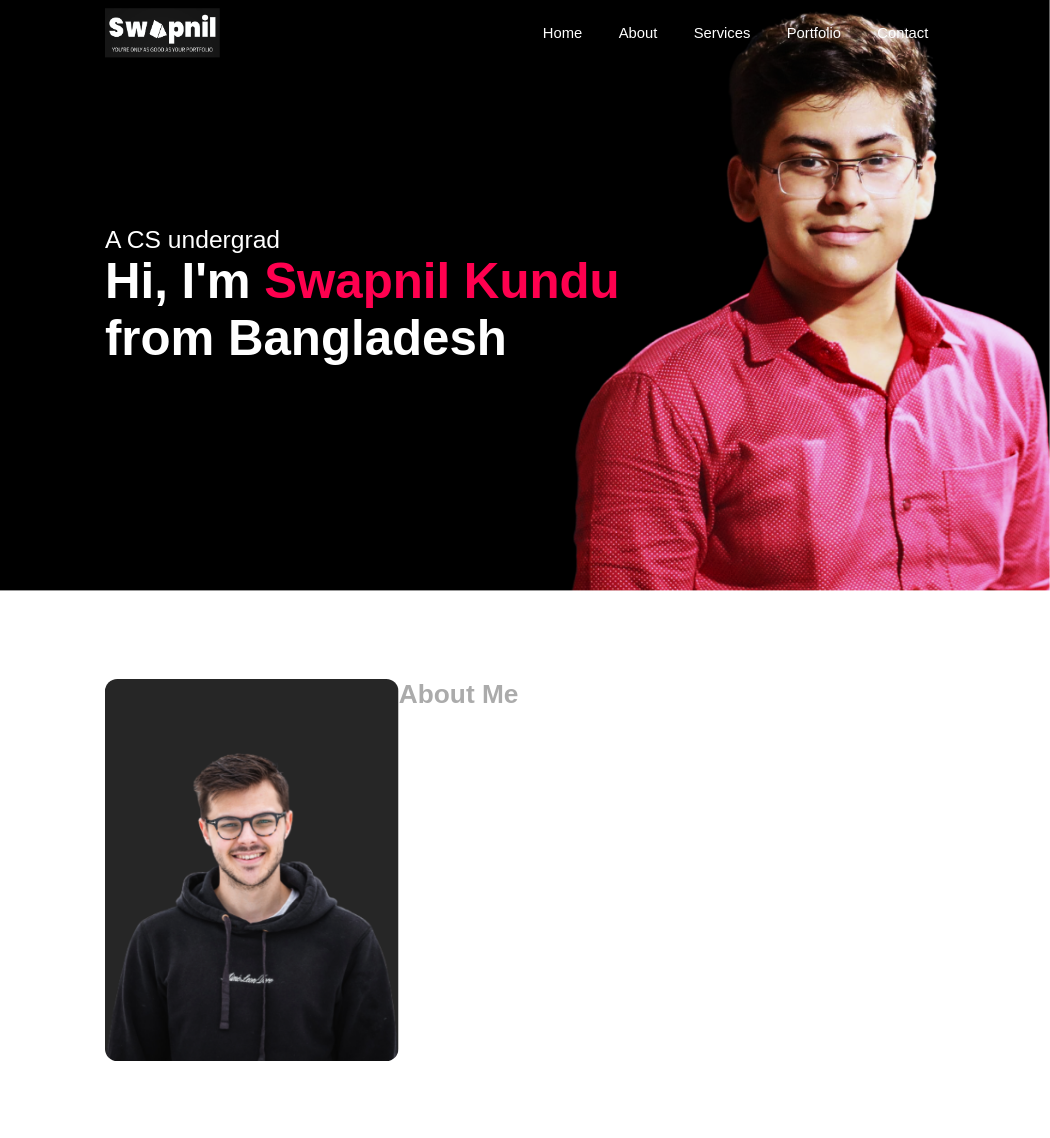
Repository: SwapnilKundu/portfolio
Page: index.html
These files come from the project's save history. The page is drawn as it stood at one moment and after the next save; the edit follows.
The browser window is 1280 px wide. The pictures show the whole page, at 82% of full size.

Above is the page before, as saved 2024-01-19 10:24:56.

### index.html
<!DOCTYPE html>
<html lang="en">
<head>
    <meta charset="UTF-8">
    <meta name="viewport" content="width=device-width, initial-scale=1.0">
    <title>Personal Portfolio Website</title>
    <link rel="stylesheet" href="style.css">
</head>
<body>
  <div id="header">
    <div class="container">
        <nav>
            <img src="images/logo1.png" class= "logo" width="40" height="60">
            <ul>
                <li><a href ="#">Home</a></li>
                <li><a href ="#">About</a></li>
                <li><a href ="#">Services</a></li>
                <li><a href ="#">Portfolio</a></li>
                <li><a href ="#">Contact</a></li>
            </ul>
        </nav>
        <div class="header-text">

            <p>A CS undergrad </p>
            <h1>Hi, I'm <span>Swapnil Kundu</span> <br> from Bangladesh</h1>
        </div>
    </div>
  </div>
  -----about-------
  <div id ="about">
    <div class ="container">

        <div class ="row">
            <div class ="about-col-1">
                <img src="images/user.png">
            </div>
            <div class ="about-col-2">

                <h1>
                    About Me
                </h1>
            </div>

        </div>
    </div>
  </div>
</body>
</html>

### style.css
*
{
    margin: 0;
    padding: 0;
    font-family: 'Poppins',sans-serif;
    box-sizing: border-box;
}

body
{
    background: #ffff;
    color: #fff;
}
#header
{
    width: 100%;
    height: 100vh;
    background-image: url(images/ccc2.png);
    background-size: cover;
    background-position: left;
    background-repeat: no-repeat;
    overflow: hidden;
}
.container
{
padding: 10px 10%;
}
nav{
    display: flex;
    align-items: center;
    justify-content: space-between;
    flex-wrap: wrap;
}
.logo{
    width: 140px;
}

nav ul li{
    display:inline-block;
    list-style: none;
    margin: 10px 20px;

}
nav ul li a{
    color: #fff;
    text-decoration:none ;
    font-size: 18px;
    position: relative;
}

nav ul li a::after
{
    content: '';
    width:0;
    height:3px;
    background:#ff004f;
    position: absolute;
    left: 0;
    bottom: -6px;
    transition: 0.5s;

}
nav ul li a:hover::after
{
    width:100%;
}
.header-text{
    margin-top: 20%;
    font-size: 30px;
}
.header-text h1
{
    font-size:60px;
}
.header-text h1 span
{
    color:#ff004f;
}

/*aboout*/
#about
{
    padding:80px 0;
    color:#ababab;
}
.row
{
    display: flex;
    justify-content: space-between;
    flex-wrap: wrap;
}

.about-col-1{
    flex-basis:35%;
}
.about-col-1 img
{
    width: 100%;
    border-radius: 15px;
}

.about-col-2
{
    flex-basis: 65%;
}

After the next save:
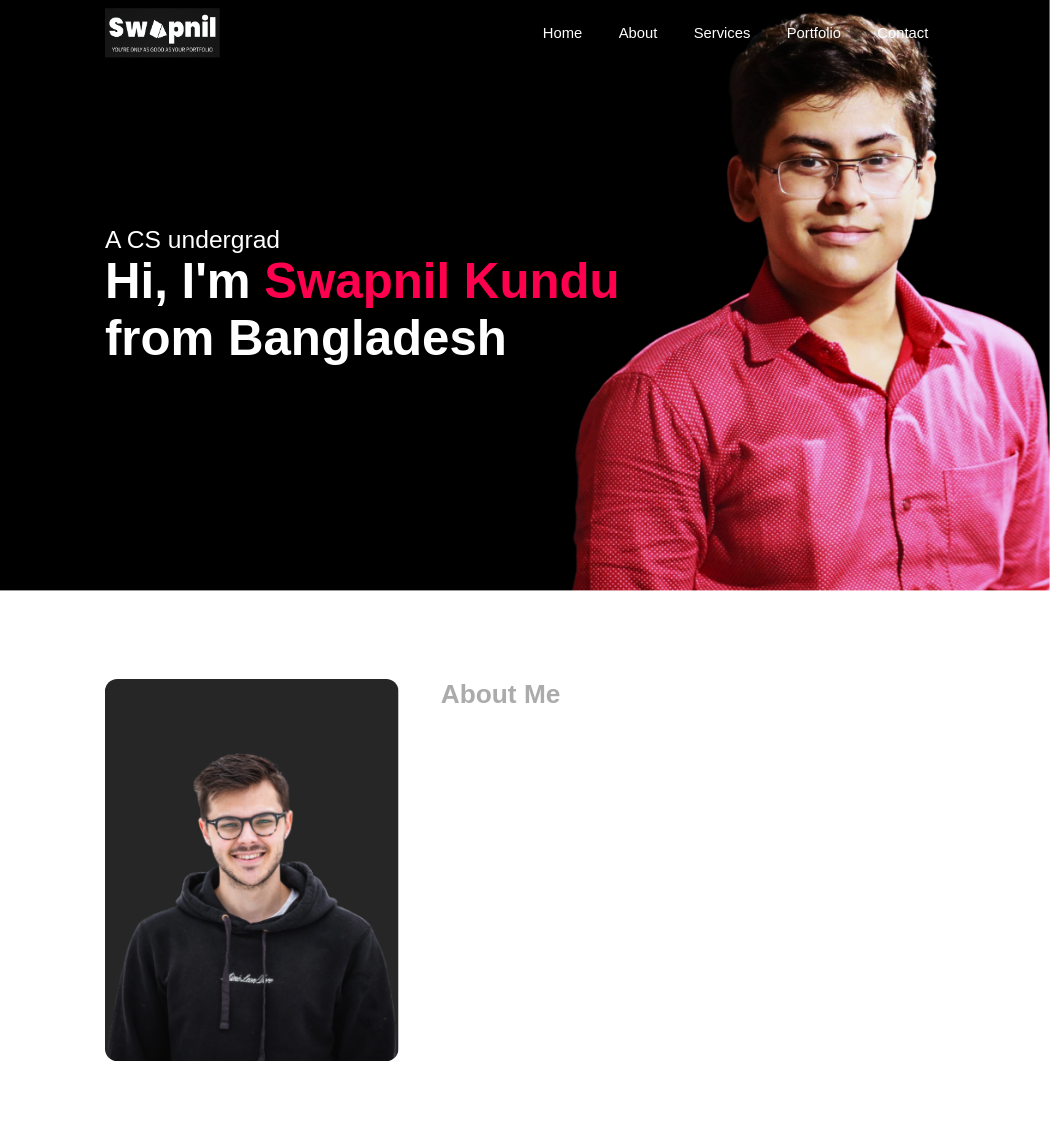
Saved 5 s later.
--- a/style.css
+++ b/style.css
@@ -101,5 +101,5 @@ nav ul li a:hover::after
 
 .about-col-2
 {
-    flex-basis: 65%;
+    flex-basis: 60%;
 }
